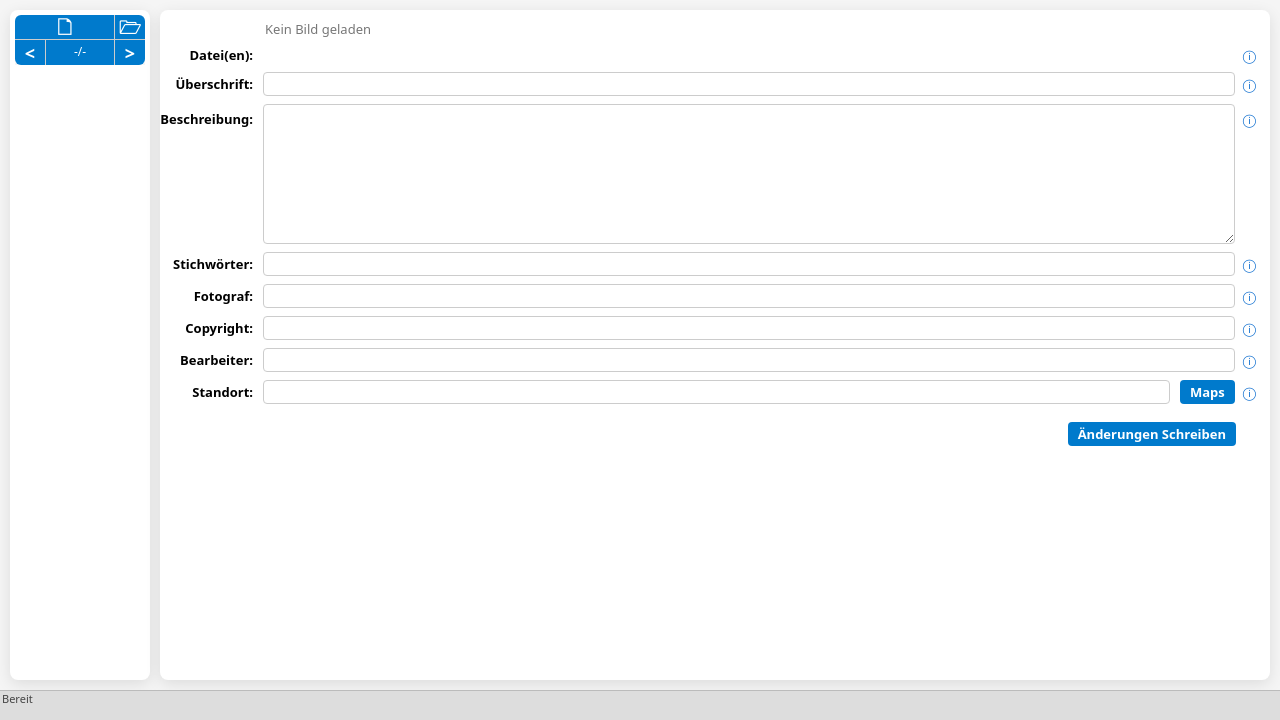
Repository: h-fahle/metadata
Page: ui/index.html
The author's editor kept a copy of each file at every save. The page is drawn from the files as they stood at one save, then again after the next save.
The browser window is 1280 px wide. The pictures show the whole page.

Above is the page before, as saved 2026-08-24 18:48:04.
Console error: TypeError: Cannot read properties of undefined (reading 'core')

After the next save:
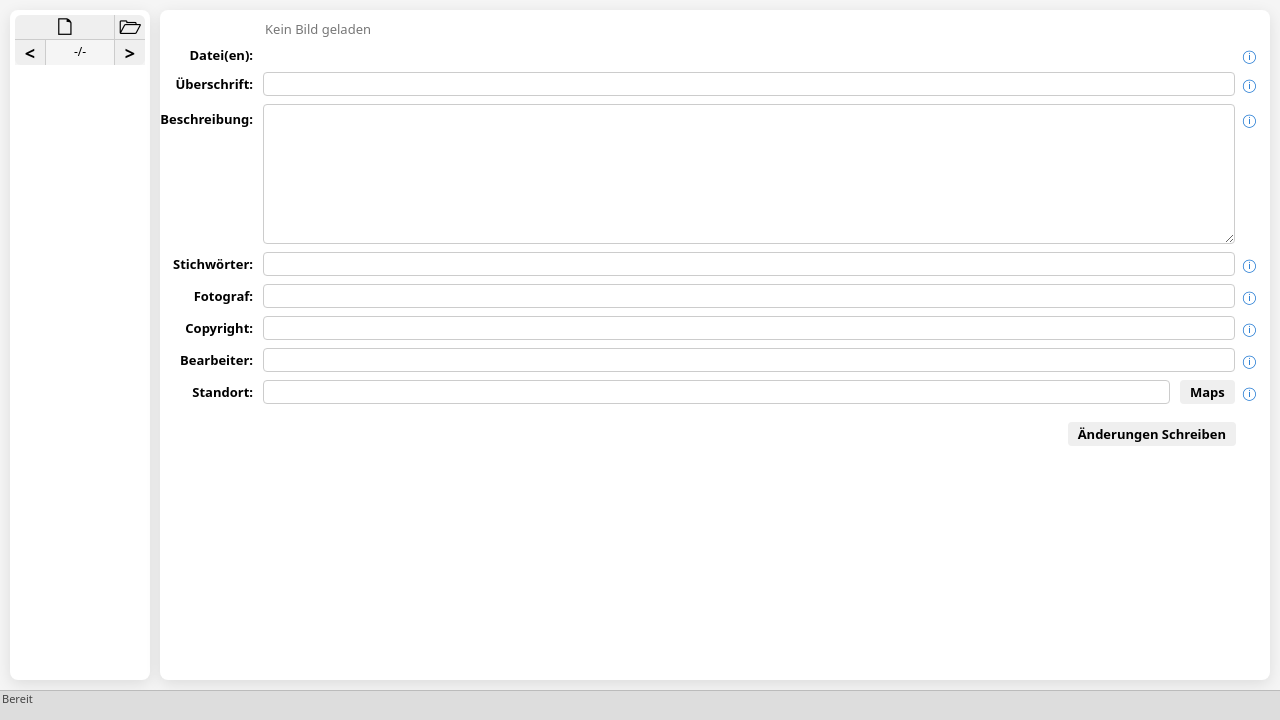
Saved 6 min 6 s later.
--- a/ui/style.css
+++ b/ui/style.css
@@ -142,12 +142,10 @@ button {
 	padding: 3px 10px;
 	font-weight: bold;
 	cursor: pointer;
-	background: #007acc;
-	color: white;
 	border: none;
 }
 button:hover {
-	background-color: #0062a3;
+	background-color: gray;
 }
 .button-group button,
 .form-row button {
@@ -186,7 +184,6 @@ button:hover {
 	.next-btn {
 	  font-size: 18px  !important;
 	  font-weight: bold;
-	  color: white;
 	  border: none;
 	  padding: 0;
 	  cursor: pointer;
@@ -230,8 +227,6 @@ button:hover {
 	  padding: 3px 0;
 	  border-left: 1px solid #ccc;
 	  border-right: 1px solid #ccc;
-	  color: white;
-	  background-color: #007acc;
 	  user-select: none; /* Verhindert versehentliches Markieren beim Klicken */
 	}
 
